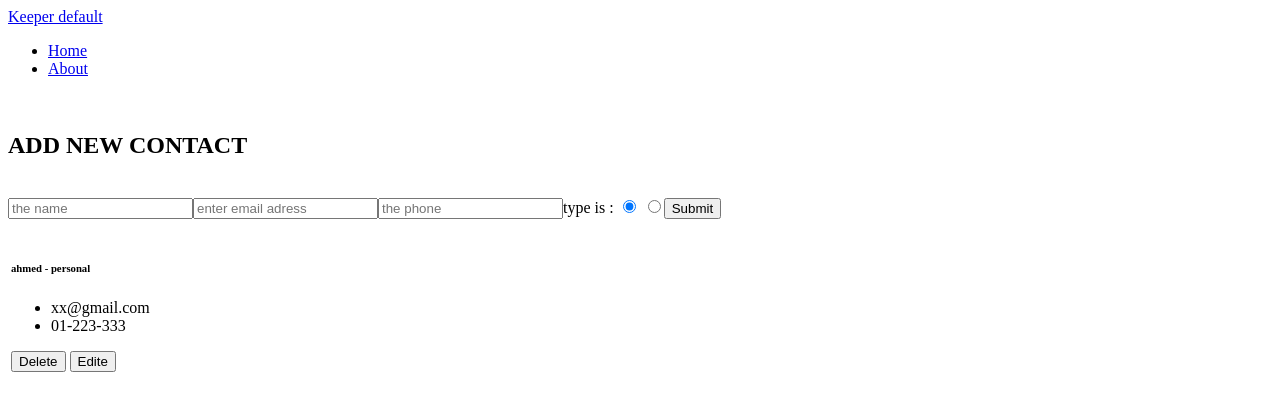
Repository: 3bdulrahman/contact-keeper
Page: / (app in client/)
The author's editor kept a copy of each file at every save. The page is drawn from the files as they stood at one save, then again after the next save.
The browser window is 1280 px wide. The pictures show the whole page.
The project was rebuilt for these pictures with package versions that can differ from the ones it lists, and the page was loaded fresh each time. A package was used in the major version that the imports need, not the one package.json lists. Also part of the build but not shown: client/src/components/pages/About.js, client/src/App.css.

Above is the page before, as saved 2020-04-16 18:12:27.

After the next save:
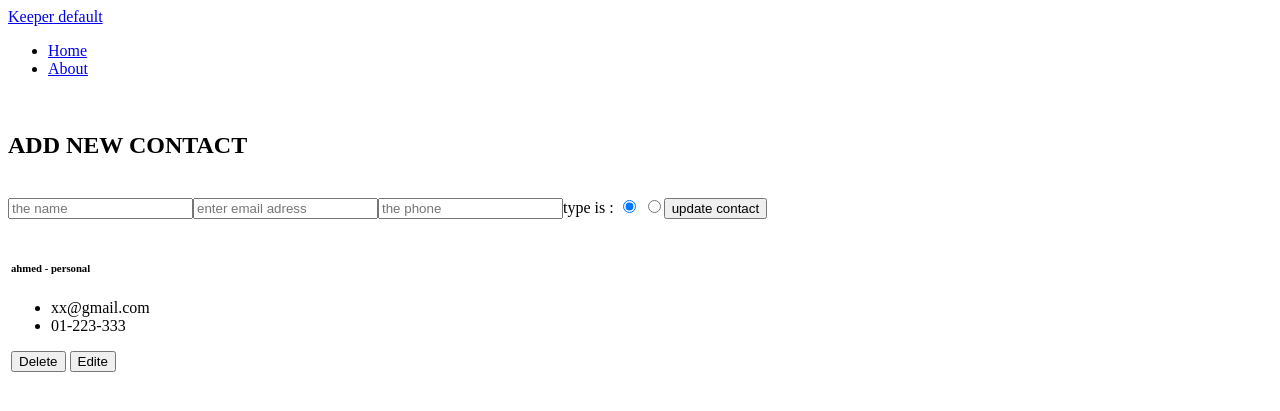
Saved 3 min 33 s later.
--- a/client/src/components/contacts/contactForm.js
+++ b/client/src/components/contacts/contactForm.js
@@ -39,7 +39,7 @@ import contactContext from '../../context/contact/ContactContext'
                  value='personal' name='type' onChange={onChange} checked={type==='personal'}  />{' '}
                   <input type='radio'
                  value='prof' name='type'  onChange={onChange} checked={type==='prof'}/>
-                 <input type='submit' text='Add new' className='btn btn-block btn-primary' />
+                 <input type='submit' value={current?'add new':'update contact'} className='btn btn-block btn-primary' />
 
 
             </div>
